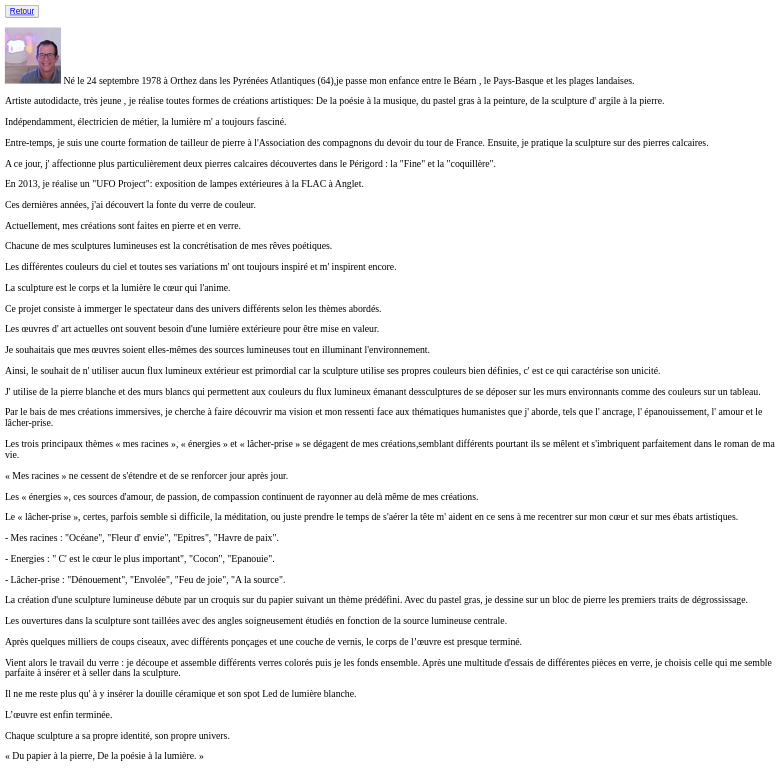
Repository: lysianebo/EricBidart
Page: presentation_more.html
The author's editor kept a copy of each file at every save. The page is drawn from the files as they stood at one save, then again after the next save.
The browser window is 1280 px wide. The pictures show the whole page, at 61% of full size.

Above is the page before, as saved 2023-10-29 07:54:43.

### presentation_more.html
<!DOCTYPE html>
<html lang="en">
<head>
    <meta charset="UTF-8">
    <meta name="viewport" content="width=device-width, initial-scale=1.0">
    <title>Document</title>
    <link rel="stylesheet" href="public/css/style.css">
</head>
<body>
    <button class="back-button"><a href="presentation.html">Retour</a></button>
    <div class="hidden" id="presentation-content">
        <p class="text"><img src="public/images/happy_moi.jpeg" alt=""> Né le 24 septembre 1978 à Orthez dans les Pyrénées Atlantiques (64),je passe mon enfance entre le Béarn , le Pays-Basque et les plages landaises.</p>
        <p> Artiste autodidacte, très jeune , je réalise toutes formes de créations artistiques: De la poésie à la musique, du pastel gras à la peinture, de la sculpture d' argile à la pierre.</p>
        <p> Indépendamment, électricien de métier, la lumière m' a toujours fasciné.</p>
        <p> Entre-temps, je suis une courte formation de tailleur de pierre à l'Association des compagnons du devoir du
            tour de France. Ensuite, je pratique la sculpture sur des pierres calcaires.</p>
        <p> A ce jour, j' affectionne plus particulièrement deux pierres calcaires découvertes dans le Périgord : la
            "Fine" et la "coquillère".</p>
        <p> En 2013, je réalise un "UFO Project": exposition de lampes extérieures à la FLAC à Anglet.</p>
        <p> Ces dernières années, j'ai découvert la fonte du verre de couleur.</p>
        <p> Actuellement, mes créations sont faites en pierre et en verre.</p>
        <p>Chacune de mes sculptures lumineuses est la concrétisation de mes rêves poétiques.</p>
    </div>
    <div class="hidden" id="demarche-content">
        <p>Les différentes couleurs du ciel et toutes ses variations m' ont toujours inspiré et m' inspirent encore.
        <p>La sculpture est le corps et la lumière le cœur qui l'anime.</p>
        Ce projet consiste à immerger le spectateur dans des univers différents selon les thèmes abordés.
        <p>Les œuvres d' art actuelles ont souvent besoin d'une lumière extérieure pour être mise en valeur.</p>
        <p>Je souhaitais que mes œuvres soient elles-mêmes des sources lumineuses tout en illuminant l'environnement.</p>
        <p>Ainsi, le souhait de n' utiliser aucun flux lumineux extérieur est primordial car la sculpture utilise ses propres couleurs bien définies, c' est ce qui caractérise son unicité.</p>
        <p>J' utilise de la pierre blanche et des murs blancs qui permettent aux couleurs du flux lumineux émanant dessculptures de se déposer sur les murs environnants comme des couleurs sur un tableau.</p>
        <p>Par le bais de mes créations immersives, je cherche à faire découvrir ma vision et mon ressenti face aux thématiques humanistes que j' aborde, tels que l' ancrage, l' épanouissement, l' amour et le lâcher-prise.</p>
        <p>Les trois principaux thèmes « mes racines », « énergies » et « lâcher-prise » se dégagent de mes créations,semblant différents pourtant ils se mêlent et s'imbriquent parfaitement dans le roman de ma vie.</p>
        <p>« Mes racines » ne cessent de s'étendre et de se renforcer jour après jour.</p>
        <p>Les « énergies », ces sources d'amour, de passion, de compassion continuent de rayonner au delà même de mes créations.</p>
        <p>Le « lâcher-prise », certes, parfois semble si difficile, la méditation, ou juste prendre le temps de s'aérer la tête m' aident en ce sens à me recentrer sur mon cœur et sur mes ébats artistiques.</p>
        <p>- Mes racines : "Océane", "Fleur d' envie", "Epitres", "Havre de paix".</p>
        <p>- Energies : " C' est le cœur le plus important", "Cocon", "Epanouie".</p>
        <p>- Lâcher-prise : "Dénouement", "Envolée", "Feu de joie", "A la source".</p>
    </div>
    <div class="hidden" id="technique-content">
        <p>La création d'une sculpture lumineuse débute par un croquis sur du papier suivant un thème prédéfini. Avec du
            pastel gras, je dessine sur un bloc de pierre les premiers traits de dégrossissage. </p>
        <p>Les ouvertures dans la sculpture sont taillées avec des angles soigneusement étudiés en fonction de la source
            lumineuse centrale.</p>
        <p>Après quelques milliers de coups ciseaux, avec différents ponçages et une couche de vernis,
            le corps de l’œuvre est presque terminé.</p>
        <p> Vient alors le travail du verre : je découpe et assemble différents verres colorés puis je les fonds ensemble.
            Après une multitude d'essais de différentes pièces en verre, je choisis celle qui me semble parfaite à insérer
            et à seller dans la sculpture.</p>
        <p>Il ne me reste plus qu' à y insérer la douille céramique et son spot Led de lumière blanche.</p>
        </p>
        <p> L’œuvre est enfin terminée.</p>


        <p> Chaque sculpture a sa propre identité, son propre univers.</p>

        <p> « Du papier à la pierre, De la poésie à la lumière. »</p>
    </div>

    </div>
</body>
</html>

### public/css/style.css
/* @import url("https://fonts.googleapis.com/css2?family=Belanosima:wght@400;700&family=Noto+Sans&family=Outfit&family=Rubik:wght@400;500;700&display=swap"); */
/*# sourceMappingURL=style.css.map */

After the next save:
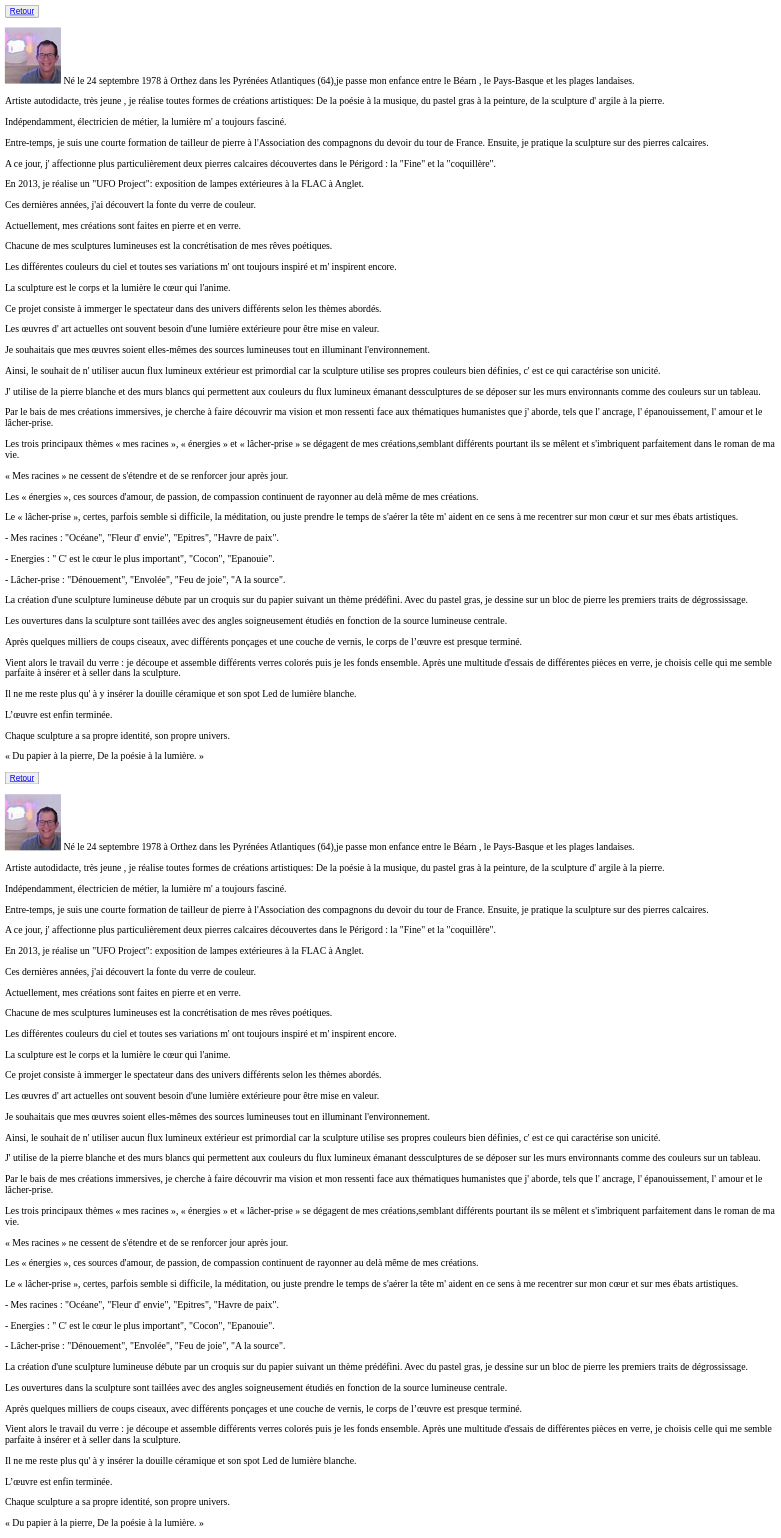
Saved 6 s later.
--- a/presentation_more.html
+++ b/presentation_more.html
@@ -61,3 +61,66 @@
     </div>
 </body>
 </html>
+<!DOCTYPE html>
+<html lang="en">
+<head>
+    <meta charset="UTF-8">
+    <meta name="viewport" content="width=device-width, initial-scale=1.0">
+    <title>Document</title>
+    <link rel="stylesheet" href="public/css/style.css">
+</head>
+<body>
+    <button class="back-button"><a href="presentation.html">Retour</a></button>
+    <div class="hidden" id="presentation-content">
+        <p class="text"><img src="public/images/happy_moi.jpeg" alt=""> Né le 24 septembre 1978 à Orthez dans les Pyrénées Atlantiques (64),je passe mon enfance entre le Béarn , le Pays-Basque et les plages landaises.</p>
+        <p> Artiste autodidacte, très jeune , je réalise toutes formes de créations artistiques: De la poésie à la musique, du pastel gras à la peinture, de la sculpture d' argile à la pierre.</p>
+        <p> Indépendamment, électricien de métier, la lumière m' a toujours fasciné.</p>
+        <p> Entre-temps, je suis une courte formation de tailleur de pierre à l'Association des compagnons du devoir du
+            tour de France. Ensuite, je pratique la sculpture sur des pierres calcaires.</p>
+        <p> A ce jour, j' affectionne plus particulièrement deux pierres calcaires découvertes dans le Périgord : la
+            "Fine" et la "coquillère".</p>
+        <p> En 2013, je réalise un "UFO Project": exposition de lampes extérieures à la FLAC à Anglet.</p>
+        <p> Ces dernières années, j'ai découvert la fonte du verre de couleur.</p>
+        <p> Actuellement, mes créations sont faites en pierre et en verre.</p>
+        <p>Chacune de mes sculptures lumineuses est la concrétisation de mes rêves poétiques.</p>
+    </div>
+    <div class="hidden" id="demarche-content">
+        <p>Les différentes couleurs du ciel et toutes ses variations m' ont toujours inspiré et m' inspirent encore.
+        <p>La sculpture est le corps et la lumière le cœur qui l'anime.</p>
+        Ce projet consiste à immerger le spectateur dans des univers différents selon les thèmes abordés.
+        <p>Les œuvres d' art actuelles ont souvent besoin d'une lumière extérieure pour être mise en valeur.</p>
+        <p>Je souhaitais que mes œuvres soient elles-mêmes des sources lumineuses tout en illuminant l'environnement.</p>
+        <p>Ainsi, le souhait de n' utiliser aucun flux lumineux extérieur est primordial car la sculpture utilise ses propres couleurs bien définies, c' est ce qui caractérise son unicité.</p>
+        <p>J' utilise de la pierre blanche et des murs blancs qui permettent aux couleurs du flux lumineux émanant dessculptures de se déposer sur les murs environnants comme des couleurs sur un tableau.</p>
+        <p>Par le bais de mes créations immersives, je cherche à faire découvrir ma vision et mon ressenti face aux thématiques humanistes que j' aborde, tels que l' ancrage, l' épanouissement, l' amour et le lâcher-prise.</p>
+        <p>Les trois principaux thèmes « mes racines », « énergies » et « lâcher-prise » se dégagent de mes créations,semblant différents pourtant ils se mêlent et s'imbriquent parfaitement dans le roman de ma vie.</p>
+        <p>« Mes racines » ne cessent de s'étendre et de se renforcer jour après jour.</p>
+        <p>Les « énergies », ces sources d'amour, de passion, de compassion continuent de rayonner au delà même de mes créations.</p>
+        <p>Le « lâcher-prise », certes, parfois semble si difficile, la méditation, ou juste prendre le temps de s'aérer la tête m' aident en ce sens à me recentrer sur mon cœur et sur mes ébats artistiques.</p>
+        <p>- Mes racines : "Océane", "Fleur d' envie", "Epitres", "Havre de paix".</p>
+        <p>- Energies : " C' est le cœur le plus important", "Cocon", "Epanouie".</p>
+        <p>- Lâcher-prise : "Dénouement", "Envolée", "Feu de joie", "A la source".</p>
+    </div>
+    <div class="hidden" id="technique-content">
+        <p>La création d'une sculpture lumineuse débute par un croquis sur du papier suivant un thème prédéfini. Avec du
+            pastel gras, je dessine sur un bloc de pierre les premiers traits de dégrossissage. </p>
+        <p>Les ouvertures dans la sculpture sont taillées avec des angles soigneusement étudiés en fonction de la source
+            lumineuse centrale.</p>
+        <p>Après quelques milliers de coups ciseaux, avec différents ponçages et une couche de vernis,
+            le corps de l’œuvre est presque terminé.</p>
+        <p> Vient alors le travail du verre : je découpe et assemble différents verres colorés puis je les fonds ensemble.
+            Après une multitude d'essais de différentes pièces en verre, je choisis celle qui me semble parfaite à insérer
+            et à seller dans la sculpture.</p>
+        <p>Il ne me reste plus qu' à y insérer la douille céramique et son spot Led de lumière blanche.</p>
+        </p>
+        <p> L’œuvre est enfin terminée.</p>
+
+
+        <p> Chaque sculpture a sa propre identité, son propre univers.</p>
+
+        <p> « Du papier à la pierre, De la poésie à la lumière. »</p>
+    </div>
+
+    </div>
+</body>
+</html>

After the save that followed:
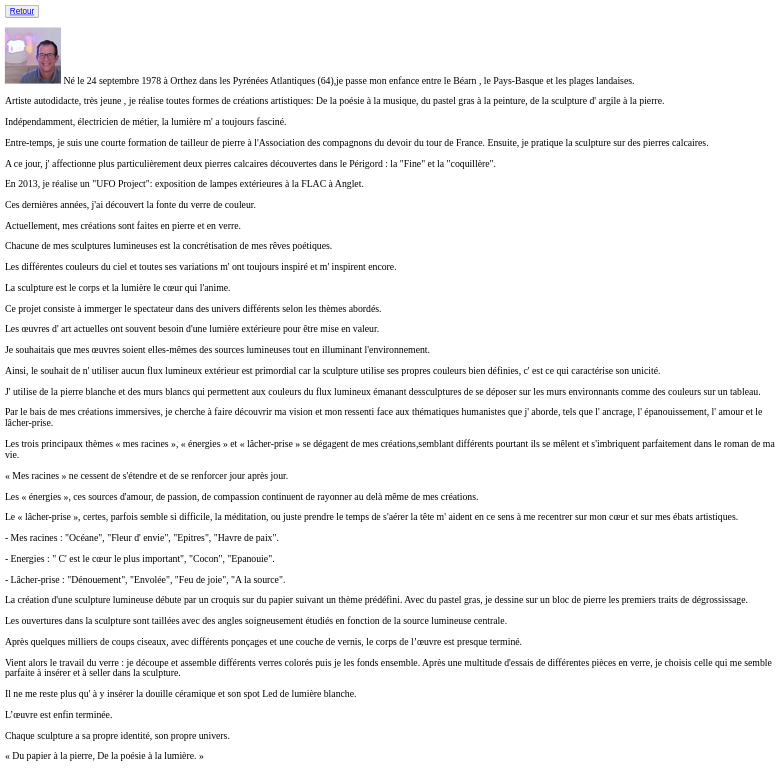
Saved 10 s later.
--- a/presentation_more.html
+++ b/presentation_more.html
@@ -52,7 +52,6 @@
         </p>
         <p> L’œuvre est enfin terminée.</p>
 
-
         <p> Chaque sculpture a sa propre identité, son propre univers.</p>
 
         <p> « Du papier à la pierre, De la poésie à la lumière. »</p>
@@ -61,66 +60,3 @@
     </div>
 </body>
 </html>
-<!DOCTYPE html>
-<html lang="en">
-<head>
-    <meta charset="UTF-8">
-    <meta name="viewport" content="width=device-width, initial-scale=1.0">
-    <title>Document</title>
-    <link rel="stylesheet" href="public/css/style.css">
-</head>
-<body>
-    <button class="back-button"><a href="presentation.html">Retour</a></button>
-    <div class="hidden" id="presentation-content">
-        <p class="text"><img src="public/images/happy_moi.jpeg" alt=""> Né le 24 septembre 1978 à Orthez dans les Pyrénées Atlantiques (64),je passe mon enfance entre le Béarn , le Pays-Basque et les plages landaises.</p>
-        <p> Artiste autodidacte, très jeune , je réalise toutes formes de créations artistiques: De la poésie à la musique, du pastel gras à la peinture, de la sculpture d' argile à la pierre.</p>
-        <p> Indépendamment, électricien de métier, la lumière m' a toujours fasciné.</p>
-        <p> Entre-temps, je suis une courte formation de tailleur de pierre à l'Association des compagnons du devoir du
-            tour de France. Ensuite, je pratique la sculpture sur des pierres calcaires.</p>
-        <p> A ce jour, j' affectionne plus particulièrement deux pierres calcaires découvertes dans le Périgord : la
-            "Fine" et la "coquillère".</p>
-        <p> En 2013, je réalise un "UFO Project": exposition de lampes extérieures à la FLAC à Anglet.</p>
-        <p> Ces dernières années, j'ai découvert la fonte du verre de couleur.</p>
-        <p> Actuellement, mes créations sont faites en pierre et en verre.</p>
-        <p>Chacune de mes sculptures lumineuses est la concrétisation de mes rêves poétiques.</p>
-    </div>
-    <div class="hidden" id="demarche-content">
-        <p>Les différentes couleurs du ciel et toutes ses variations m' ont toujours inspiré et m' inspirent encore.
-        <p>La sculpture est le corps et la lumière le cœur qui l'anime.</p>
-        Ce projet consiste à immerger le spectateur dans des univers différents selon les thèmes abordés.
-        <p>Les œuvres d' art actuelles ont souvent besoin d'une lumière extérieure pour être mise en valeur.</p>
-        <p>Je souhaitais que mes œuvres soient elles-mêmes des sources lumineuses tout en illuminant l'environnement.</p>
-        <p>Ainsi, le souhait de n' utiliser aucun flux lumineux extérieur est primordial car la sculpture utilise ses propres couleurs bien définies, c' est ce qui caractérise son unicité.</p>
-        <p>J' utilise de la pierre blanche et des murs blancs qui permettent aux couleurs du flux lumineux émanant dessculptures de se déposer sur les murs environnants comme des couleurs sur un tableau.</p>
-        <p>Par le bais de mes créations immersives, je cherche à faire découvrir ma vision et mon ressenti face aux thématiques humanistes que j' aborde, tels que l' ancrage, l' épanouissement, l' amour et le lâcher-prise.</p>
-        <p>Les trois principaux thèmes « mes racines », « énergies » et « lâcher-prise » se dégagent de mes créations,semblant différents pourtant ils se mêlent et s'imbriquent parfaitement dans le roman de ma vie.</p>
-        <p>« Mes racines » ne cessent de s'étendre et de se renforcer jour après jour.</p>
-        <p>Les « énergies », ces sources d'amour, de passion, de compassion continuent de rayonner au delà même de mes créations.</p>
-        <p>Le « lâcher-prise », certes, parfois semble si difficile, la méditation, ou juste prendre le temps de s'aérer la tête m' aident en ce sens à me recentrer sur mon cœur et sur mes ébats artistiques.</p>
-        <p>- Mes racines : "Océane", "Fleur d' envie", "Epitres", "Havre de paix".</p>
-        <p>- Energies : " C' est le cœur le plus important", "Cocon", "Epanouie".</p>
-        <p>- Lâcher-prise : "Dénouement", "Envolée", "Feu de joie", "A la source".</p>
-    </div>
-    <div class="hidden" id="technique-content">
-        <p>La création d'une sculpture lumineuse débute par un croquis sur du papier suivant un thème prédéfini. Avec du
-            pastel gras, je dessine sur un bloc de pierre les premiers traits de dégrossissage. </p>
-        <p>Les ouvertures dans la sculpture sont taillées avec des angles soigneusement étudiés en fonction de la source
-            lumineuse centrale.</p>
-        <p>Après quelques milliers de coups ciseaux, avec différents ponçages et une couche de vernis,
-            le corps de l’œuvre est presque terminé.</p>
-        <p> Vient alors le travail du verre : je découpe et assemble différents verres colorés puis je les fonds ensemble.
-            Après une multitude d'essais de différentes pièces en verre, je choisis celle qui me semble parfaite à insérer
-            et à seller dans la sculpture.</p>
-        <p>Il ne me reste plus qu' à y insérer la douille céramique et son spot Led de lumière blanche.</p>
-        </p>
-        <p> L’œuvre est enfin terminée.</p>
-
-
-        <p> Chaque sculpture a sa propre identité, son propre univers.</p>
-
-        <p> « Du papier à la pierre, De la poésie à la lumière. »</p>
-    </div>
-
-    </div>
-</body>
-</html>
